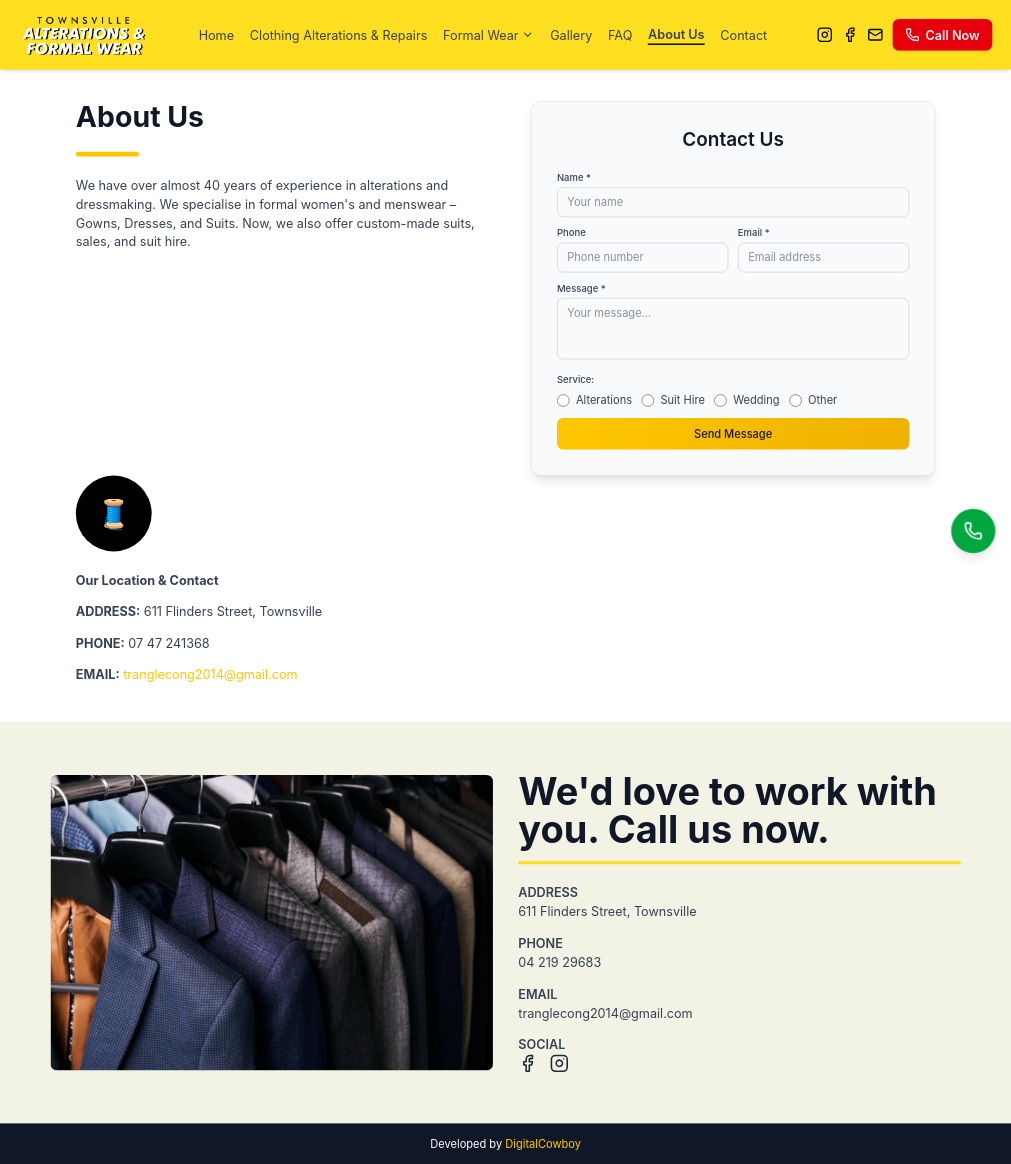
Repository: tarekhasan1/townsville-alteration
Page: /about-us
The author's editor kept a copy of each file at every save. The page is drawn from the files as they stood at one save, then again after the next save.
The browser window is 1280 px wide. The pictures show the whole page, at 79% of full size.
The page's requests for data from a server got no answer. The project was rebuilt for these pictures with package versions that can differ from the ones it lists, and the page was loaded fresh each time. The framework's server and built-in components were replaced by stand-ins that run in the browser. No one was signed in, and anything a server would have sent is missing. Also part of the build but not shown: next.config.ts.

Above is the page before, as saved 2026-01-31 15:58:26.

After the next save:
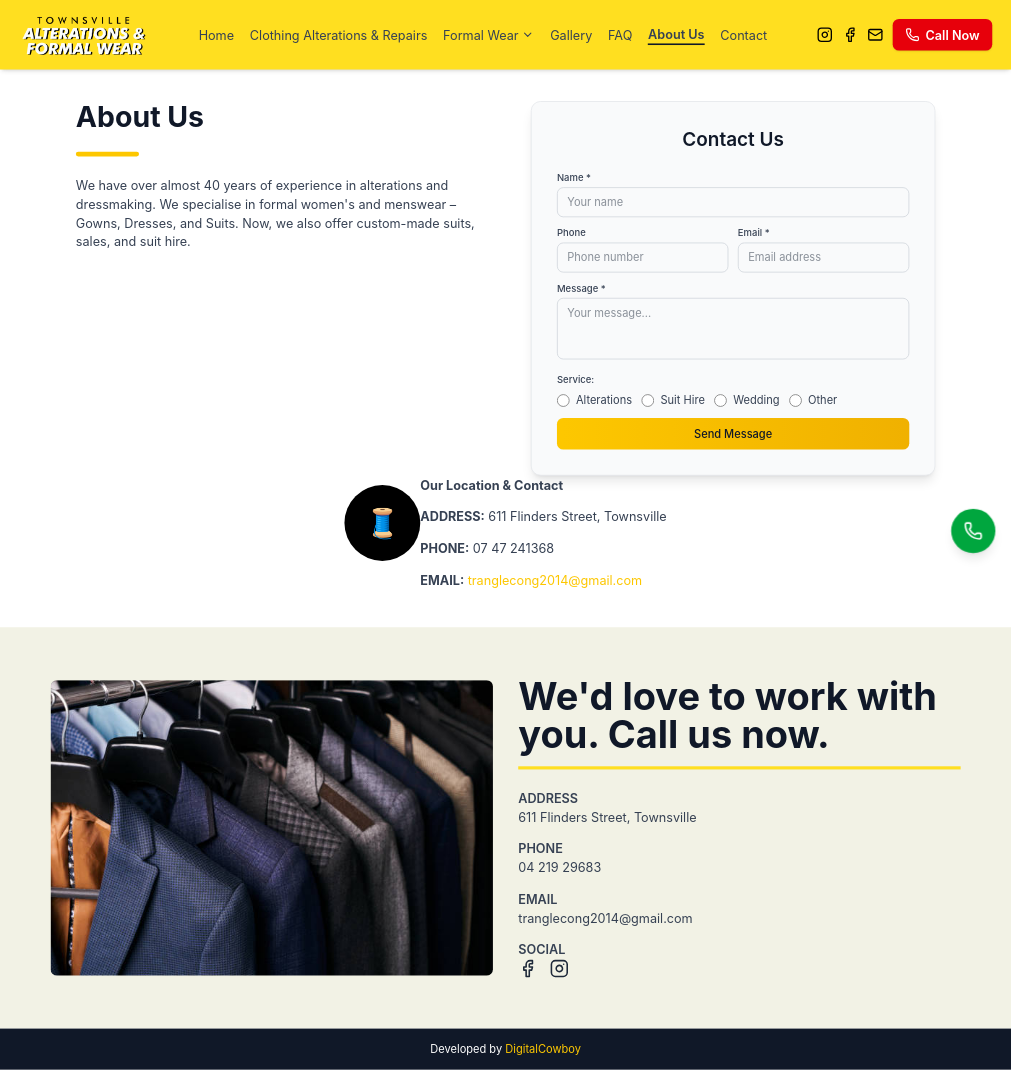
Saved 26 s later.
--- a/src/components/AboutUsSection.tsx
+++ b/src/components/AboutUsSection.tsx
@@ -27,7 +27,7 @@ export default function AboutUsSection() {
                         </div>
                     </div>
                 </div>
-                <div>
+                <div className='flex items-center w-full justify-center mx-auto'>
                     <div className="flex lg:justify-start justify-center mb-6">
                                 <div className="w-24 h-24 bg-black rounded-full flex items-center justify-center">
                                     <span className="text-white text-4xl">🧵</span>
